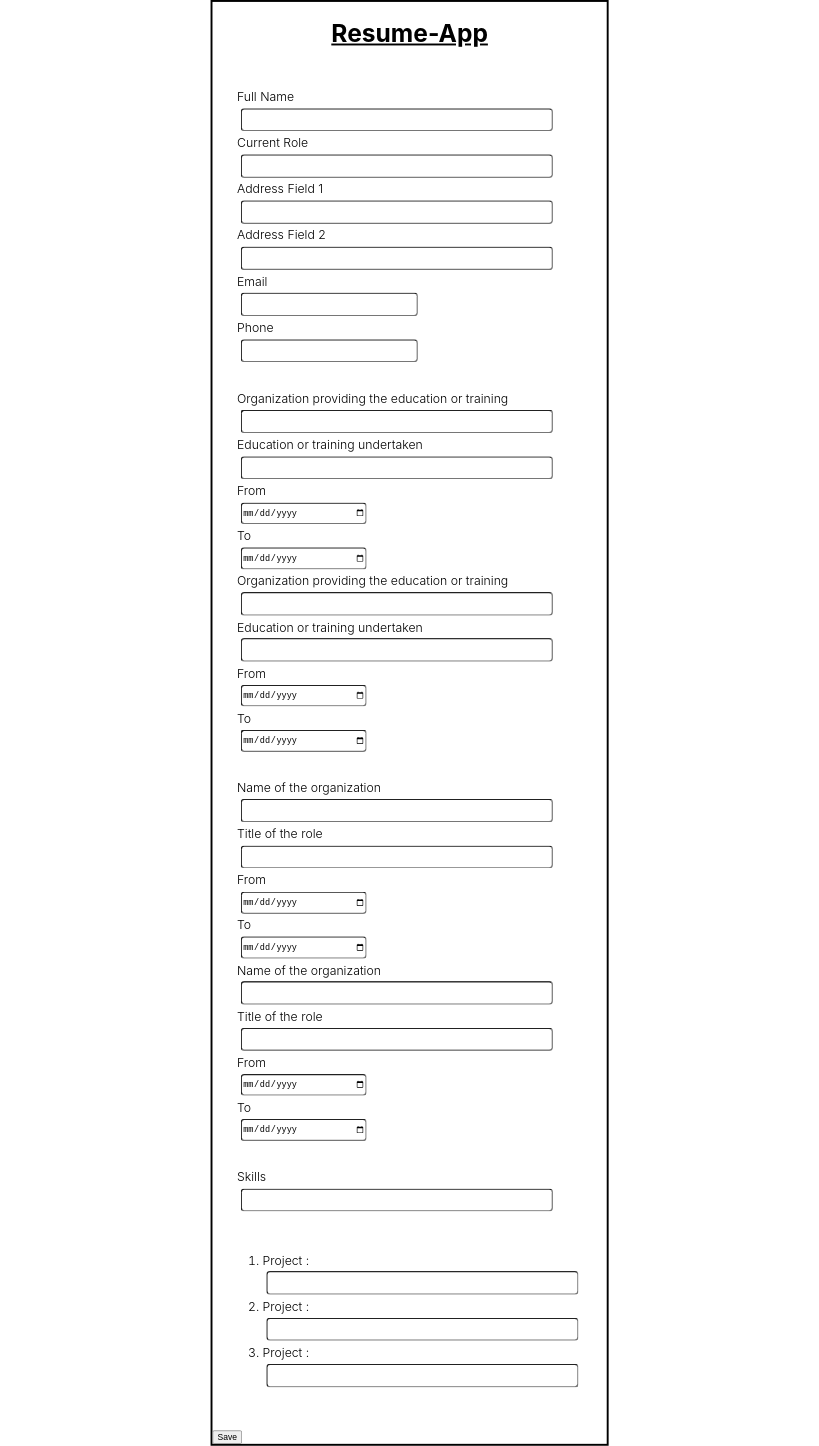
Repository: 0101chaitanya/resume-app
Page: /
These files come from the project's save history. The page is drawn as it stood at one moment and after a run of saves; the edit follows.
The browser window is 1280 px wide. The pictures show the whole page, at 64% of full size.
The project was rebuilt for these pictures with package versions that can differ from the ones it lists, and the page was loaded fresh each time.

Above is the page before, as saved 2021-07-28 15:51:19.

### src/App.js
import React, { useState, useEffect } from "react";
import logo from "./logo.svg";
import "./App.css";

function App() {
  const [state, setState] = useState({
    fullName: "",
    currentRole: "",
    address1: "",
    address2: "",

    schoolName1: "",
    titleOfStudy1: "",
    from1: "",
    to1: "",

    schoolName2: "",
    titleOfStudy2: "",
    from2: "",
    to2: "",

    organizationName1: "",
    titleOfRole1: "",
    workedFrom1: "",
    workedTill1: "",

    organizationName2: "",
    titleOfRole2: "",
    workedFrom2: "",
    workedTill2: "",

    skills: "",

    project1: "",
    project2: "",
    project3: "",
  });
  useEffect(() => {
    console.log(state);
  });
  const onChange = (e) => {
    const { name, value } = e.target;
    setState({
      ...state,
      [name]: value,
    });
  };
  const handleSubmit = (e) => {
    localStorage.setItem("savedData", JSON.stringify(state));
    setState({
      fullName: "",
      currentRole: "",
      address1: "",
      address2: "",

      schoolName1: "",
      titleOfStudy1: "",
      from1: "",
      to1: "",

      schoolName2: "",
      titleOfStudy2: "",
      from2: "",
      to2: "",

      organizationName1: "",
      titleOfRole1: "",
      workedFrom1: "",
      workedTill1: "",

      organizationName2: "",
      titleOfRole2: "",
      workedFrom2: "",
      workedTill2: "",

      skills: "",

      project1: "",
      project2: "",
      project3: "",
    });
    e.target.submit();
  };

  return (
    <div className="app">
      <header className="App-header">
        <h1>Resume-App</h1>
      </header>
      <form
        onSubmit={(e) => {
          e.preventDefault();
          handleSubmit(e);
        }}
      >
        <div className="section section1">
          <label htmlFor="fullName">
            Full Name
            <input
              required
              id="fullName"
              name="fullName"
              onChange={onChange}
              value={state.fullName}
              type="text"
            />
          </label>
          <label htmlFor="currentRole">
            Current Role
            <input
              required
              id="currentRole"
              name="currentRole"
              onChange={onChange}
              value={state.currentRole}
              type="text"
            />
          </label>
          <label htmlFor="address1">
            Address Field 1
            <input
              required
              id="address1"
              name="address1"
              onChange={onChange}
              value={state.address1}
              type="text"
            />
          </label>
          <label htmlFor="address2">
            Address Field 2
            <input
              required
              id="address2"
              name="address2"
              onChange={onChange}
              value={state.address2}
              type="text"
            />
          </label>
          <label htmlFor="email">
            Email
            <input
              required
              id="email"
              name="email"
              onChange={onChange}
              value={state.email}
              type="email"
            />
          </label>
          <label htmlFor="phone">
            Phone
            <input
              required
              id="phone"
              name="phone"
              onChange={onChange}
              value={state.phone}
              type="tel"
            />
          </label>
        </div>
        <div className="section section2">
          <div className="edu1">
            <label htmlFor="schoolName1">
              Organization providing the education or training
              <input
                required
                id="schoolName1"
                name="schoolName1"
                onChange={onChange}
                value={state.schoolName1}
                type="text"
              />
            </label>
            <label htmlFor="titleOfStudy1">
              Education or training undertaken
              <input
                required
                id="titleOfStudy1"
                name="titleOfStudy1"
                onChange={onChange}
                value={state.titleOfStudy1}
                type="text"
              />
            </label>
            <label htmlFor="from1">
              From
              <input
                required
                id="from1"
                name="from1"
                onChange={onChange}
                value={state.from1}
                type="date"
              />
            </label>
            <label htmlFor="to1">
              To
              <input
                required
                id="to1"
                name="to1"
                onChange={onChange}
                value={state.to1}
                type="date"
              />
            </label>
          </div>
          <div className="edu2">
            <label htmlFor="schoolName2">
              Organization providing the education or training
              <input
                required
                id="schoolName2"
                name="schoolName2"
                onChange={onChange}
                value={state.schoolName2}
                type="text"
              />
            </label>
            <label htmlFor="titleOfStudy2">
              Education or training undertaken
              <input
                required
                id="titleOfStudy2"
                name="titleOfStudy2"
                onChange={onChange}
                value={state.titleOfStudy2}
                type="text"
              />
            </label>
            <label htmlFor="from2">
              From
              <input
                required
                id="from2"
                name="from2"
                onChange={onChange}
                value={state.from2}
                type="date"
              />
            </label>
            <label htmlFor="to2">
              To
              <input
                required
                id="to2"
                name="to2"
                onChange={onChange}
                value={state.to2}
                type="date"
              />
            </label>
          </div>
        </div>
        <div className="section section3">
          <div className="job1">
            <label htmlFor="organizationName1">
              Name of the organization
              <input
                required
                id="organizationName1"
                name="organizationName1"
                onChange={onChange}
                value={state.organizationName1}
                type="text"
              />
            </label>
            <label htmlFor="titleOfRole1">
              Title of the role
              <input
                required
                id="titleOfRole1"
                name="titleOfRole1"
                onChange={onChange}
                value={state.titleOfRole1}
                type="text"
              />
            </label>
            <label htmlFor="workedFrom1">
              From
              <input
                required
                id="workedFrom1"
                name="workedFrom1"
                onChange={onChange}
                value={state.workedFrom1}
                type="date"
              />
            </label>
            <label htmlFor="workedTill1">
              To
              <input
                required
                id="workedTill1"
                name="workedTill1"
                onChange={onChange}
                value={state.workedTill1}
                type="date"
              />
            </label>
          </div>
          <div className="job2">
            <label htmlFor="organizationName2">
              Name of the organization
              <input
                id="organizationName2"
                name="organizationName2"
                onChange={onChange}
                value={state.organizationName2}
                type="text"
              />
            </label>
            <label htmlFor="titleOfRole2">
              Title of the role
              <input
                id="titleOfRole2"
                name="titleOfRole2"
                onChange={onChange}
                value={state.titleOfRole2}
                type="text"
              />
            </label>
            <label htmlFor="workedFrom2">
              From
              <input
                id="workedFrom2"
                name="workedFrom2"
                onChange={onChange}
                value={state.workedFrom2}
                type="date"
              />
            </label>
            <label htmlFor="workedTill2">
              To
              <input
                id="workedTill2"
                name="workedTill2"
                onChange={onChange}
                value={state.workedTill2}
                type="date"
              />
            </label>
          </div>
        </div>
        <div className="section section4">
          <label htmlFor="skills">
            Skills
            <input
              required
              id="skills"
              name="skills"
              onChange={onChange}
              value={state.skills}
              type="text"
            />
          </label>
        </div>
        <div className="section section5">
          <ol>
            <li>
              <label htmlFor="project1">
                Project :{" "}
                <input
                  required
                  id="project1"
                  name="project1"
                  onChange={onChange}
                  value={state.project1}
                  type="text"
                />
              </label>
            </li>
            <li>
              <label htmlFor="project2">
                Project :{" "}
                <input
                  required
                  id="project2"
                  name="project2"
                  onChange={onChange}
                  value={state.project2}
                  type="text"
                />
              </label>
            </li>
            <li>
              <label htmlFor="project3">
                Project :{" "}
                <input
                  id="project3"
                  name="project3"
                  onChange={onChange}
                  value={state.project3}
                  type="text"
                />
              </label>
            </li>
          </ol>
        </div>
        <button type="submit">Save</button>
      </form>
    </div>
  );
}

export default App;

### src/App.css
html {
  font-size: 1.2rem;
  font-weight: 300;
}
input {
  border-radius: 0.3rem;
  height: 1.6rem;
}
.app {
  margin: auto;
  display: flex;
  flex-direction: column;
  border: 0.2rem solid;
  width: fit-content;
  height: fit-content;
}

h1 {
  text-align: center;
  text-decoration: underline;
}
label {
  display: flex;
  flex-direction: column;
}
input[type="text"] {
  width: 25rem;
  margin: 0.3rem;
}
input[type="email"],
input[type="tel"] {
  width: 14rem;

  margin: 0.3rem;
}

input[type="date"] {
  width: 10rem;

  margin: 0.3rem;
}
.section {
  margin: 2rem;
  display: flex;
  flex-direction: column;
  justify-content: center;
}
button {
  justify-self: center;
}

Loaded but not shown: public/index.html (common file); src/index.js (common file); src/index.css (common file); src/reportWebVitals.js (common file)

After the next 2 saves:
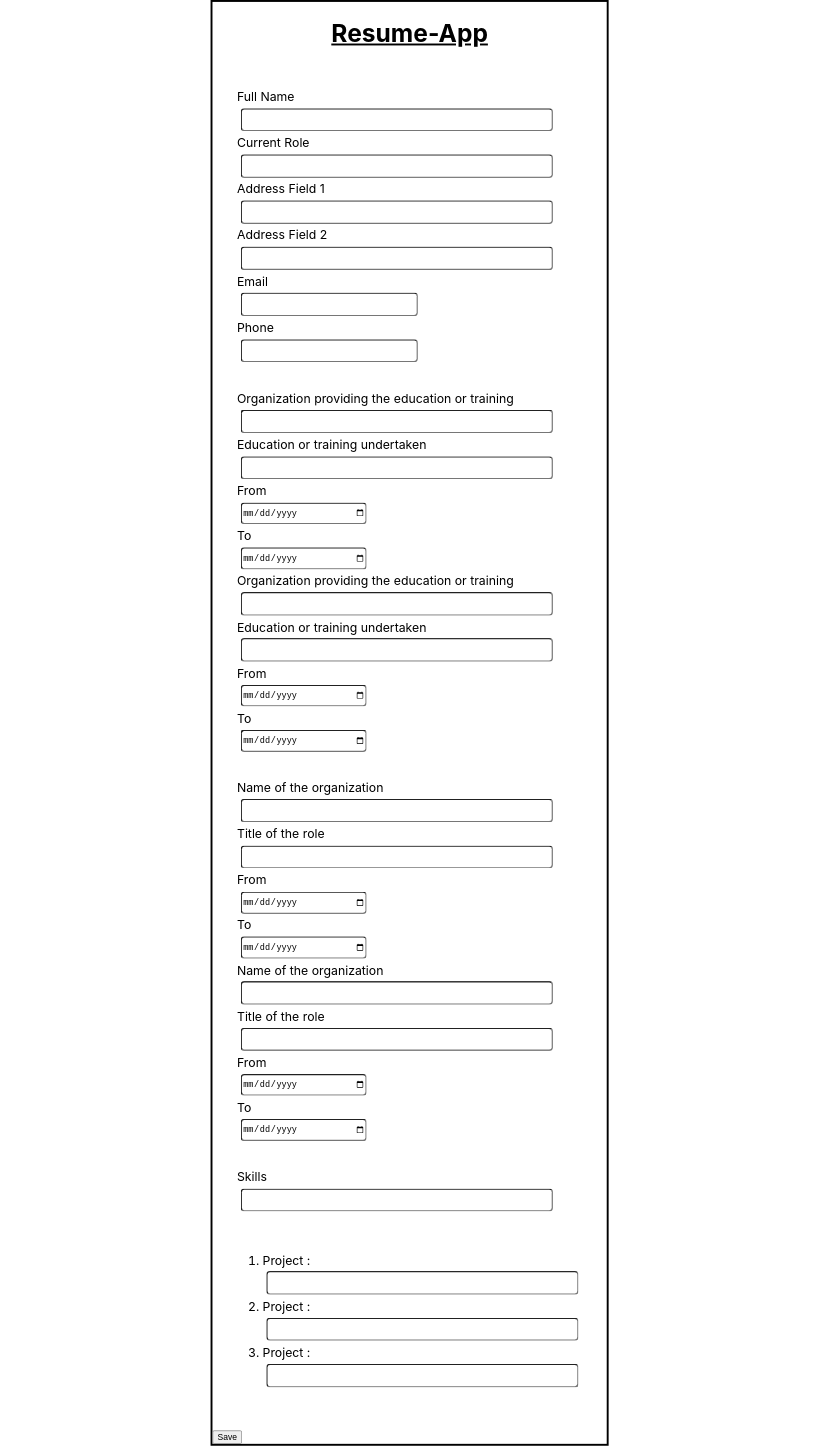
The 2 saves are shown as one change because they came seconds apart.
The last was saved 8 s later.
--- a/src/App.css
+++ b/src/App.css
@@ -1,6 +1,6 @@
 html {
   font-size: 1.2rem;
-  font-weight: 300;
+  font-weight: 400;
 }
 input {
   border-radius: 0.3rem;
